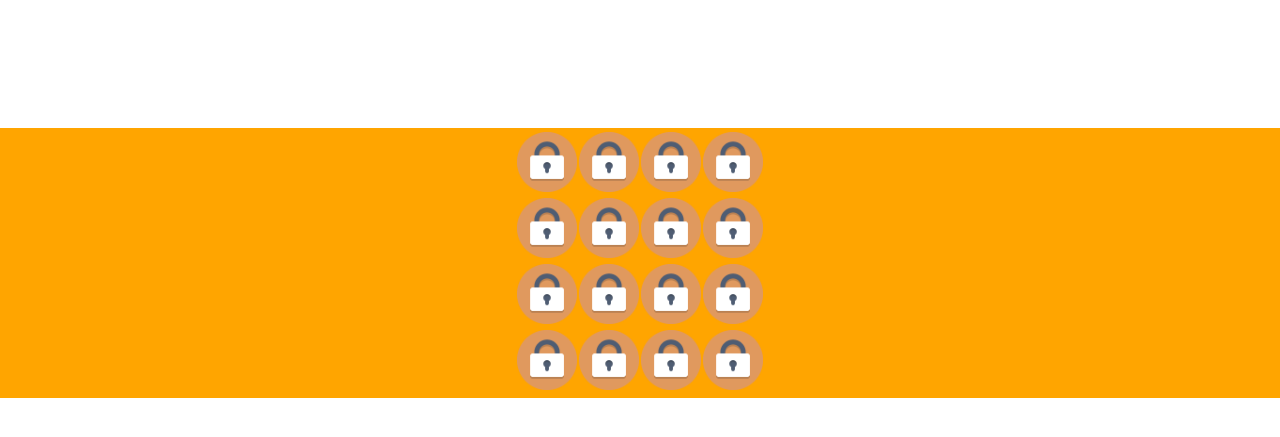
Repository: jb223cp/1dv403-laborationer
Page: 3-gameon/memory/index.html
The author's editor kept a record of every edit. The page is drawn from the files as they stood at one moment, then again after the next edit.
The browser window is 1280 px wide. The pictures show the whole page.

Above is the page before.

After the next edit:
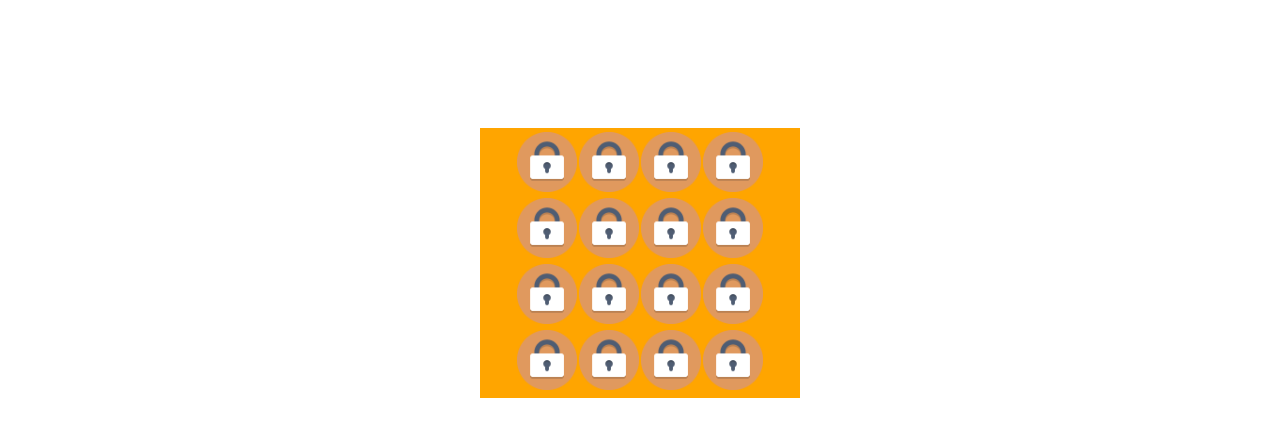
The edit:
--- a/3-gameon/memory/css/main.css
+++ b/3-gameon/memory/css/main.css
@@ -25,6 +25,7 @@ footer, header, hgroup, menu, nav, section {
 }
 
 section{
+    width:25%;
     margin-top:10%;
     background-color:orange;
     margin-left:auto;
